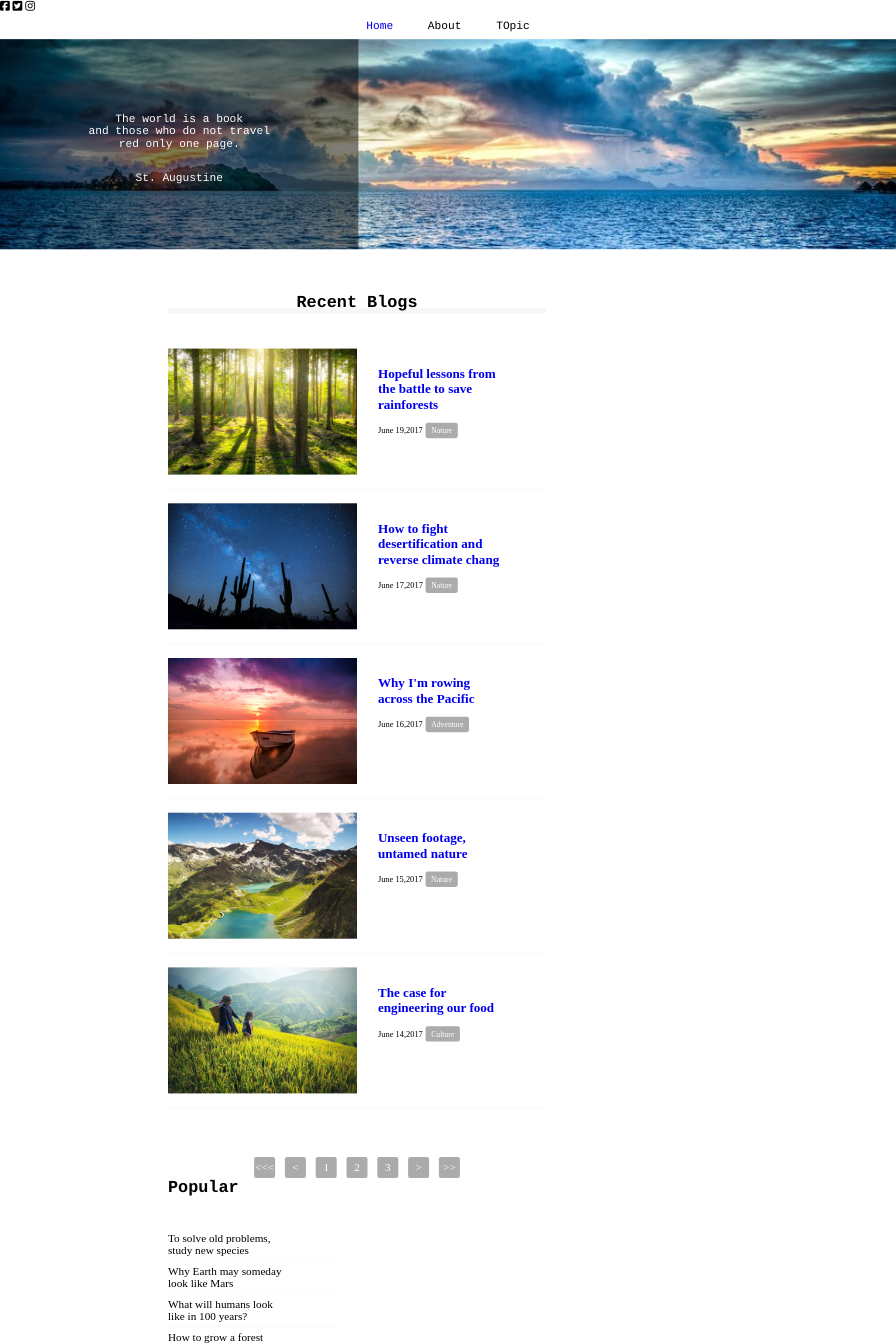
Repository: wakasugisatoi/git
Page: caravan/index2.html
The author's editor kept a record of every edit. The page is drawn from the files as they stood at one moment, then again after the next edit.
The browser window is 1280 px wide. The pictures show the part of the page from y = 0 to 1920 px (the page is 3021 px tall before and 3003 px after), at 70% of full size.
Some web libraries are served in a nearby version.

Above is the page before.

### caravan/index2.html
<!DOCTYPE html>
<html lang="ja">
  <head>
    <meta charset="UTF-8" />
    <meta name="viewport" content="width=device-width,initial-scale=1.0">
    <!--フォントオーサムの読み込み-->
    <script src="https://kit.fontawesome.com/1a3f0d96a2.js" crossorigin="anonymous"></script>
    <!--cssファイルの読み込み-->
    <link rel="stylesheet" href="style2.css" />
    <title>CARAVAN</title>
  </head>

  <body>
    <!--ヘッダー用のdiv-->
    <!--<div class="header">-->
      <!--<div class="header-top"></div>-->
      <!--<div class="header-bottom"></div>-->
    <!--</div>-->
    <!--<header>-->
      <!--<h1 class="heading">-->
        <!--<a href="index2.html"> CARAVAN</a>-->
      <!--</h1>-->

      <!--<div class="social">-->
        <i class="fab fa-facebook-square"></i>
        <i class="fab fa-twitter-square"></i>
        <i class="fab fa-instagram"></i>
      </div>
    </header>

    <!--navigation-->
    <nav>
      <!--箇条書きリスト-->
      <ul class="nav-list">
      <li class="nav-list-item">
        <a href="index2.thml">Home</a>
      </li>
      <li class="nav-list-item">About</li>
      <li class="nav-list-item">TOpic</li>
      </ul>
    </nav>

    <!--main-visual用のdiv-->
    <div class="main-visual">
      <!--main-visual内の枠づくり-->
      <div class="main-visual-content">
        <p class="main-visual-text">
          The world is a book<br/>
          and those who do not travel<br/>
          red only one page.
        </p>
        <p class="main-visual-name">
          St. Augustine
        </p>
      </div>
    </div>

    <!--main用のdiv-->
    <!--<div class="main">-->
      <!--<div class="blog"></div>-->
      <!--<div class="sidebar"></div>-->
    <!--</div>-->
    <main>
      <section class="blog">
        <h2 class="blog-heading">Recent Blogs</h2>

        <div class="blog-box">

          <div class="blog-item">
           <img class="blog-image" src="img/img/forest.jpg">
           <section class="blog-text">
            <h3 class="blog-text-heading">
              <a href="single.html">
                Hopeful lessons from<br>
                the battle to save<br>
                rainforests
              </a>
             </h3>
            <p class="blog-date">June 19,2017</p>
            <span class="category">Nature</span>
           </section>
          </div>

          <div class="blog-item">
           <img class="blog-image" src="img/img/desert.jpg">
           <section class="blog-text">
            <h3 class="blog-text-heading">
              <a href="single.html">
                How to fight<br>
                desertification and<br>
                reverse climate chang
              </a>
            </h3>
            <p class="blog-date">June 17,2017</p>
            <span class="category">Nature</span>
           </section>
          </div>

          <div class="blog-item">
           <img class="blog-image" src="img/img/sunset.jpg">
           <section class="blog-text">
            <h3 class="blog-text-heading">
              <a href="single.html">
                Why I'm rowing<br>
                across the Pacific
              </a>
            </h3>
            <p class="blog-date">June 16,2017</p>
            <span class="category">Adventure</span>
          </section>
          </div>

          <div class="blog-item">
           <img class="blog-image" src="img/img/italy.jpg">
           <section class="blog-text">
            <h3 class="blog-text-heading">
              <a href="single.html">
                Unseen footage,<br>
                untamed nature<br>
              </a>
            </h3>
            <p class="blog-date">June 15,2017</p>
            <span class="category">Nature</span>
           </section>
          </div>


          <div class="blog-item">
           <img class="blog-image" src="img/img/asia.jpg">
           <section class="blog-text">
            <h3 class="blog-text-heading">
              <a href="single.html">
                The case for<br>
                engineering our food<br>
              </a>
             </h3>
            <p class="blog-date">June 14,2017</p>
            <span class="category">Culture</span>
           </section>
          </div>

        </div>


      <div class="pagination">
        <p><<<</p>
        <p><</p>
        <p>1</p>
        <p>2</p>
        <p>3</p>
        <p>></p>
        <p>>></p>
      </div>
     </section>

      <div class="sidebar">
       <section class="popular">
         <h2 class="popular-heading common heading">Popular</h2>
         <div class="sidebar-contents">
           <p class="popular-text">To solve old problems,<br>study new species</p>
           <p class="popular-text">Why Earth may someday<br>look like Mars</p>
           <p class="popular-text">What will humans look<br>like in 100 years?</p>
           <p class="popular-text">How to grow a forest<br>in your backyard</p>
           <p class="popular-text">How humans could evolve<br>to survive in space</p>
         </div>
       </section>

       <section class="instagram">
         <h2 class="instagram-heading common-heading">Instagram</h2>
         <div class="sidebar-contents">
           <div class="instagram-box"></div>
           <div class="instagram-box"></div>
           <div class="instagram-box"></div>
           <div class="instagram-box"></div>
           <div class="instagram-box"></div>
           <div class="instagram-box"></div>
         </div>
       </section>

       <section class="categories">
         <h2 class="categories-heading common-heading">Categories</h2>
         <div class="sidebar-contents">
           <p class="categories-text">Technology(15)</p>
           <p class="categories-text">Business(23)</p>
           <p class="categories-text">Entertainment(12)</p>
           <p class="categories-text">Nature(32)</p>
           <p class="categories-text">Education(9)</p>
           <p class="categories-text">Adoventuere(23)</p>
           <p class="categories-text">Communication(14)</p>
         </div>
       </section>
     </div>
    </main>

    <!--footer用のdiv-->
    <!--<div class="footer"></div>-->
    <footer>
      <p class="footer-text">©All rights reserved by Infratop.Inc.</p>

    </footer>

  </body>
</html>

### caravan/style2.css
*{
  margin: 0;
  padding: 0;
  box-sizing:border-box;
}

a{
  text-decoration: none;
}
header,nav,h2,.main-visual,footer{
  font-family: Chalkduster,"Bradley Hand",Courier,"Segoe Print",sans-serif;
}
header{
  width: 90%;
  padding: 15px 0;
  margin: 0 auto;
  text-align: center;
  position: relative;
  /*background-color: red;*/
}

.social i{
  margin-left:20px;
  display: inline-block;
}

.social{
  position: absolute;
  top: 22px;
  right: 22px;
}
header .heading{
  font-size:32px;
}

.nav-list{
  text-align: center;
  padding:10px 0;
  margin:0 auto;
}

.nav-list-item{
  list-style:none;
  display: inline-block;
  margin: 0 20px;
}

/*.header-top{*/
  /*width: 100%;*/
  /*height: 70px;*/
  /*background-color: hotpink;*/
/*}*/

/*.header-bottom{*/
  /*width: 100%;*/
  /*height: 50px;*/
  /*background-color: pink;*/
/*}*/

.main-visual{
  width: 100%;
  height: 300px;
  background-image: url(img/img/mv.jpg);
  background-size: cover;
  background-position: center;
  /*background-color: orange;*/
}

.main-visual-content{
  width: 40%;
  height: 300px;
  background-color: rgba(0,0,0,0.5);
  text-align: center;
  padding-top: 105px;
  /*background-color: gold;*/
}

.main-visual-text{
  color:#fff;
}

.main-visual-name{
  margin-top:30px;
  color:#fff;
}

main{
  width: 800px;
  /*flex挿入のため削除*/
  /*height: 1400px;*/
  /*background-color: green;*/
  display: block;
  justify-content:center;
  margin: 0 auto;
  padding: 70px 0;
}

.blog{
  width: 540px;
  /*height: 1400px;*/
  /*background-color: limegreen;*/
  margin-right: 30px;
}

.blog-heading{
  border-bottom: 8px solid #f7f7f7;
  text-align: center;
  line-height: 0.6;
}

.blog-box{
  padding-top: 50px;
}

.blog-item{
  padding-bottom: 20px;
  margin-bottom: 20px;
  border-bottom: 1px solid #f7f7f7;
  display: flex;
  justify-content:flax-start;
}

.blog-image{
  height:180px;
}

.blog-text{
  padding: 25px 0 0 30px;
}

.blog-text-heading{
  padding-bottom: 15px;
}

.blog-date{
  font-size:12px;
  display:inline-block;
}
.category{
  display: inline-block;
  padding: 5px 8px;
  background-color: #acabab;
  border-radius: 3px;
  color: #fff;
  font-size: 11px;
}

.pagination{
  text-align: center;
  padding-top: 50px;
}

.pagination p{
  display: inline-block;
  width: 30px;
  height: 30px;
  margin:0 5px;
  color:#fff;
  background-color: #acabab;
  border-radius: 3px;
  line-height:30px;
}

.sidebar{
  width: 240px;
  /*height: 1400px;*/
  /*background-color: palegreen;*/
}

.common-heading{
  border-bottom: 8px solid #f7f7f7;
  text-align: center;
  line-height:0.6;
}

.sidebar-contents{
  padding: 50px 0;
}

.popular-text,
.categories-text{
  padding-bottom: 5px;
  border-bottom: 1px solid #f7f7f7;
  margin-bottom: 5px;
}
.popular-text:last-child,
.categories-text:last-child{
  margin: 0;
  padding: 0;
  border:none;
}

.instagram .sidebar-contents{
  display: flex;
  flex-wrap: wrap;
}

.instagram-box{
  width: 110px;
  padding-top: 110px;
  background-size: cover;
  background-position: center;
  margin-bottom: 10px;
}
.instagram-box:nth-child(odd){
  margin:0 10px 10px 0;
}

.instagram-box:nth-child(1){
  background-image: url(img/img/airport.jpg);
}

.instagram-box:nth-child(2){
  background-image: url(img/img/japan.jpg);
}

.instagram-box:nth-child(3){
  background-image: url(img/img/snow.jpg);
}

.instagram-box:nth-child(4){
  background-image: url(img/img/japan2.jpg);
}

.instagram-box:nth-child(5){
  background-image: url(img/img/lake.jpg);
}

.instagram-box:nth-child(6){
  background-image: url(img/img/road.jpg);
}

footer{
  width: 100%;
  height: 120px;
  text-align: center;
  line-height: 120px;
  background-color: #848282;
}

.footer-text{
  color: #fff;
}

/*すべての画面サイズで適用される*/
/*.social i{*/
  /*color:black;*/
/*}*/
 /*タブレット横置きサイズ*/
 /*@media screen and (max-width:1024px){*/
   /*.social i{*/
     /*color: green;*/
   /*}*/
 /*}*/

 /*タブレット縦置きサイズ*/
 /*@media screen and (max-width:768px){*/
   /*.social i{*/
     /*color: red;*/
   /*}*/
 /*}*/

 /*スマホサイズ*/
@media screen and (max-width:425px){
  header{
    width: 100%;
  }

  .social{
    display: none;
  }

  .nav-list{
    width: 100%;
  }

  .nav-list-item{
    width: 100%;
    margin:0 0 10px 0;
  }



  .main-visual-content{
    width: 100%;
  }

  .main{
    width: 100%;
    display: black;
  }

  .blog{
    width: 100%;
    margin: 0;
  }

  .blog-box{
    padding-left: 2%;
    padding-right: 2%;
  }

  .blog-image{
    width: 49%;
  }

  .blog-text {
    width: 49%;
    padding-top: 5px;
  }

  .sidebar{
    width: 100%;
  }

  .sidebar-contents{
    padding-left: 3%;
    padding-right: 3%;
  }
  .instagram-box{
    width: 48%;
    padding-top: 48%;
  }

  .instagram-box:nth-child(odd){
    width: 48%;
    padding-top:48%;
  }


  footer{
    width: 100%;
  }
}

After the next edit:
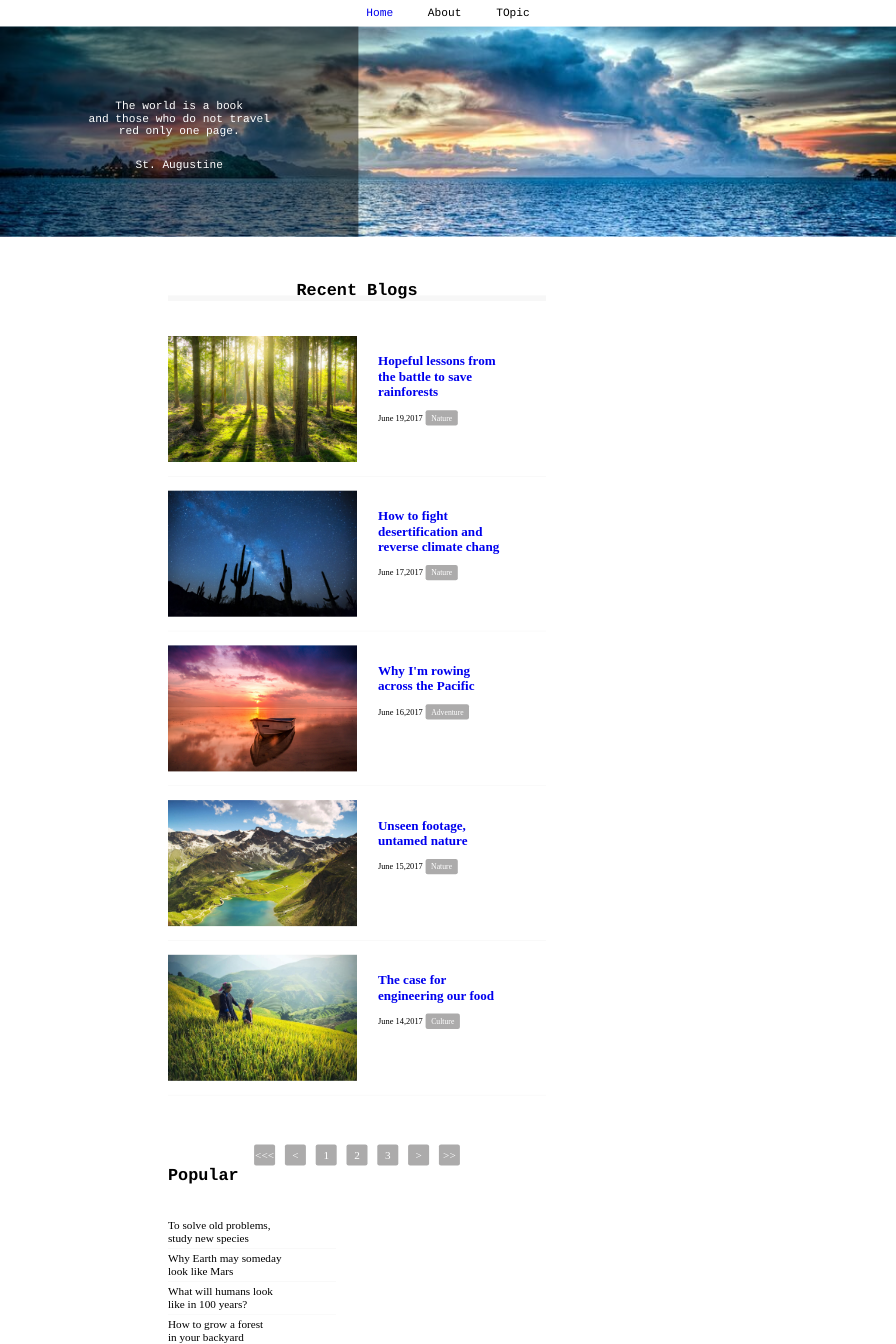
The edit:
--- a/caravan/index2.html
+++ b/caravan/index2.html
@@ -22,11 +22,11 @@
       <!--</h1>-->
 
       <!--<div class="social">-->
-        <i class="fab fa-facebook-square"></i>
-        <i class="fab fa-twitter-square"></i>
-        <i class="fab fa-instagram"></i>
-      </div>
-    </header>
+        <!--<i class="fab fa-facebook-square"></i>-->
+        <!--<i class="fab fa-twitter-square"></i>-->
+        <!--<i class="fab fa-instagram"></i>-->
+      <!--</div>-->
+    <!--</header>-->
 
     <!--navigation-->
     <nav>
